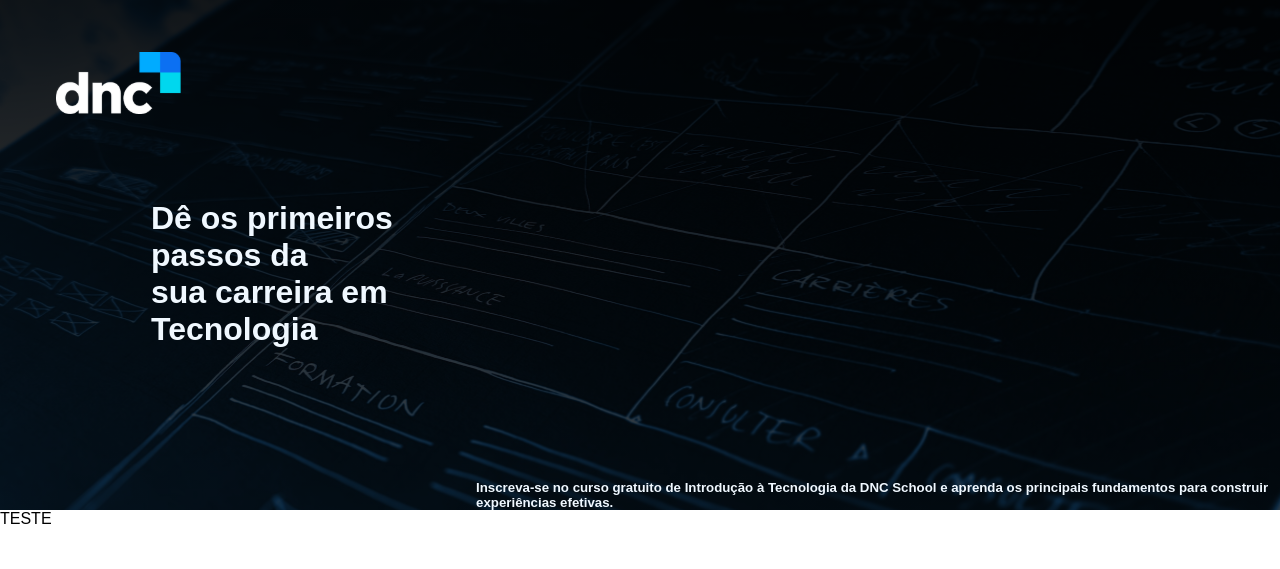
Repository: kleber-goncalves/Landing-Page-dnc
Page: src/index.html
These files come from the project's save history. The page is drawn as it stood at one moment and after the next save; the edit follows.
The browser window is 1280 px wide. The pictures show the whole page.

Above is the page before, as saved 2024-12-09 19:46:23.

After the next save:
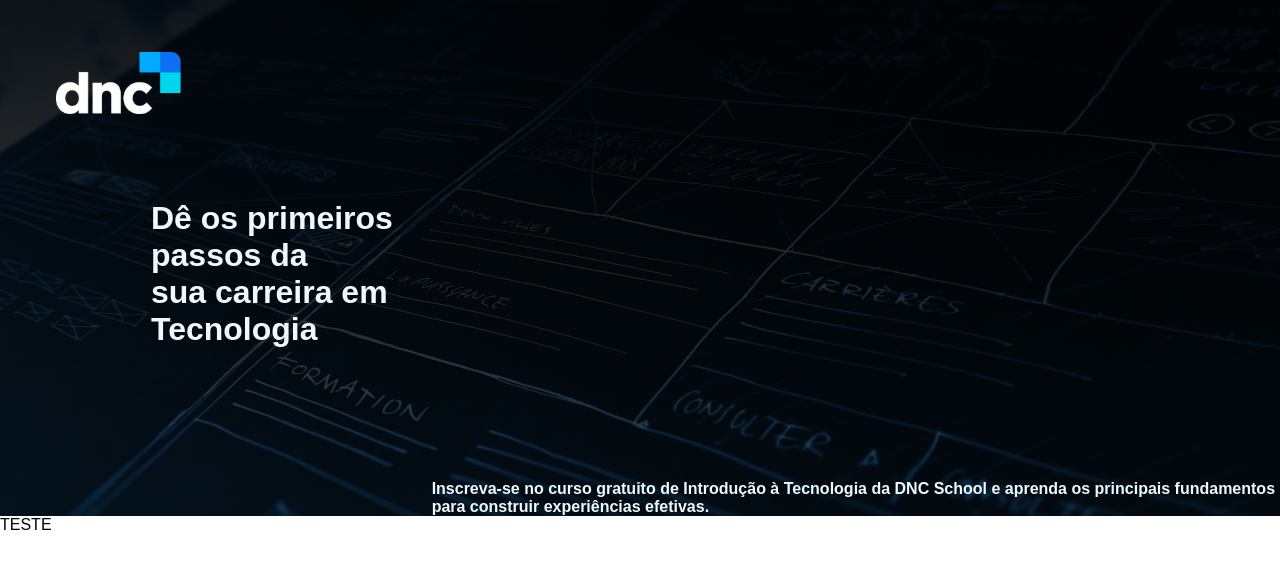
Saved 10 s later.
--- a/src/index.html
+++ b/src/index.html
@@ -11,7 +11,7 @@
         <img id="logo-dnc" src="../img/logo.svg" alt="logo-dnc">
         <h1 id="titulo" >Dê os primeiros passos da <br>
             sua carreira em Tecnologia</h1>
-        <h5 id="subtitulo" >Inscreva-se no curso gratuito de Introdução à Tecnologia da DNC School e aprenda os principais fundamentos para construir experiências efetivas.</h5>
+        <h4 id="subtitulo" >Inscreva-se no curso gratuito de Introdução à Tecnologia da DNC School e aprenda os principais fundamentos para construir experiências efetivas.</h4>
     </div>
     <div>TESTE</div>
   </body>
